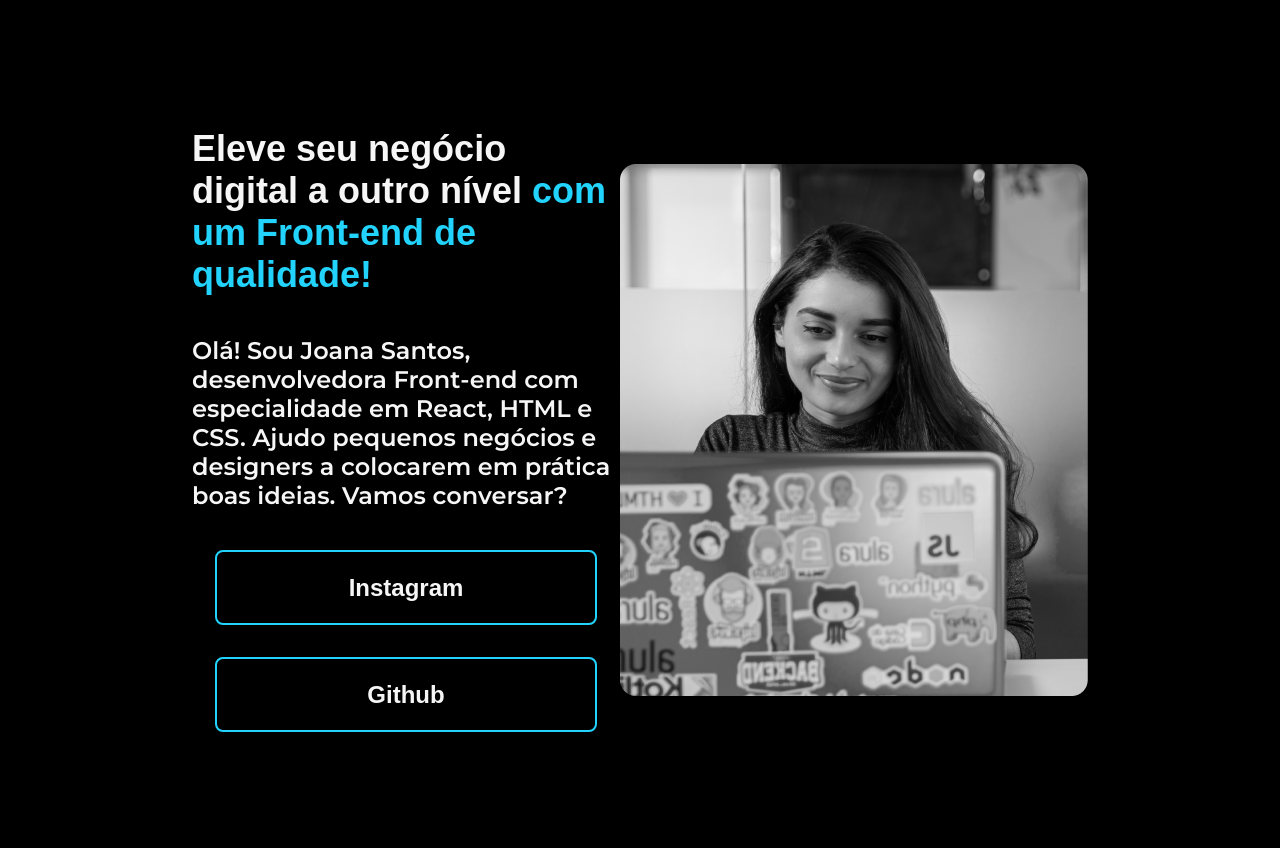
Repository: YoungAkira/CursoHtmlCss
Page: index.html
An editor plug-in stored every save of this project. The page is shown before and after the next save, followed by the edit.
The browser window is 1280 px wide. The pictures show the whole page.
Some web fonts or font styles are not loaded; a fallback is used.

Above is the page before, as saved 2023-05-15 09:16:29.

After the next save:
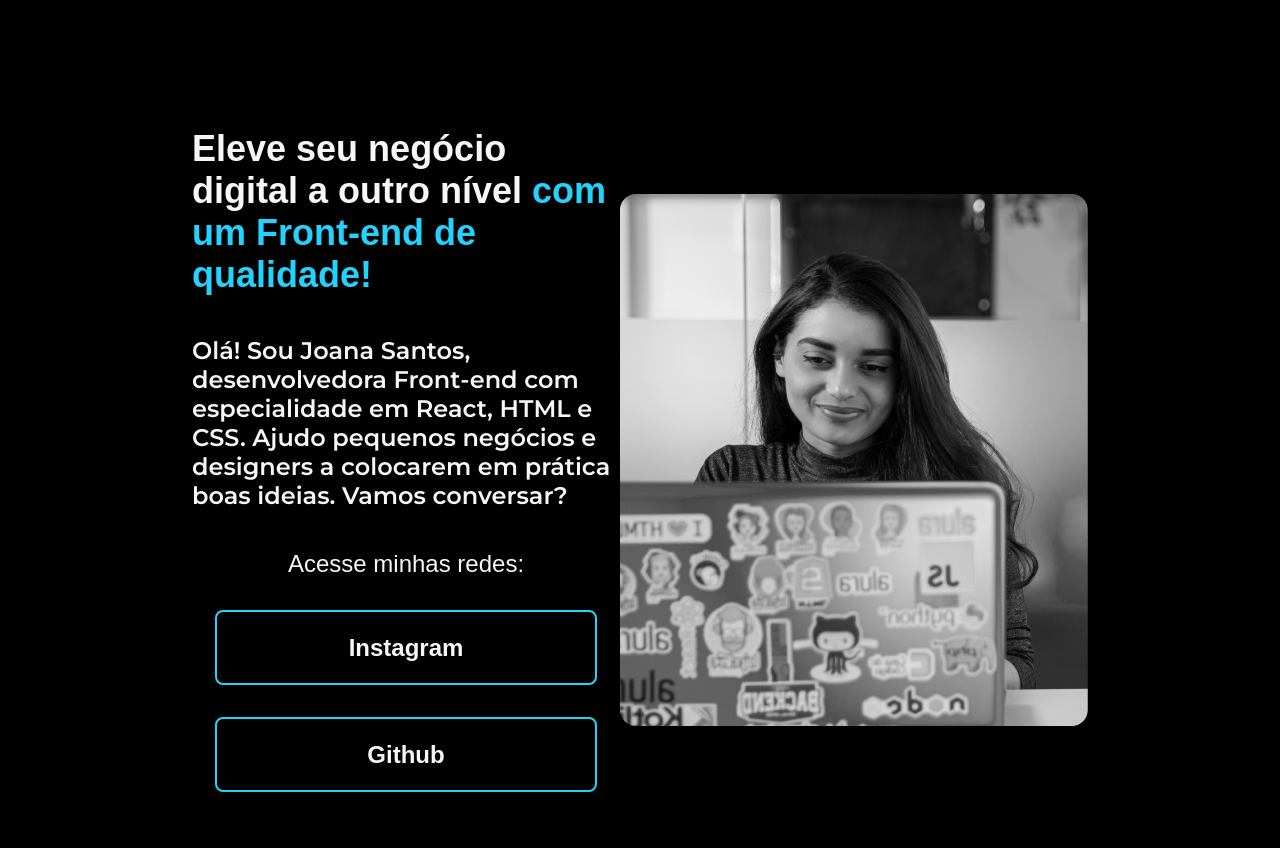
Saved 4 min 12 s later.
--- a/index.html
+++ b/index.html
@@ -25,8 +25,10 @@
 
 
                     <div class="apresentacao_links">
+                        <h2 class="apresentacao_links_subtitulo">Acesse minhas redes:</h2>
                         <a class="apresentacao-links-link" href="instagram.com">Instagram</a>
                         <a class="apresentacao-links-link" href="www.google.com">Github</a>
+
                     </div>
 
             </section>
